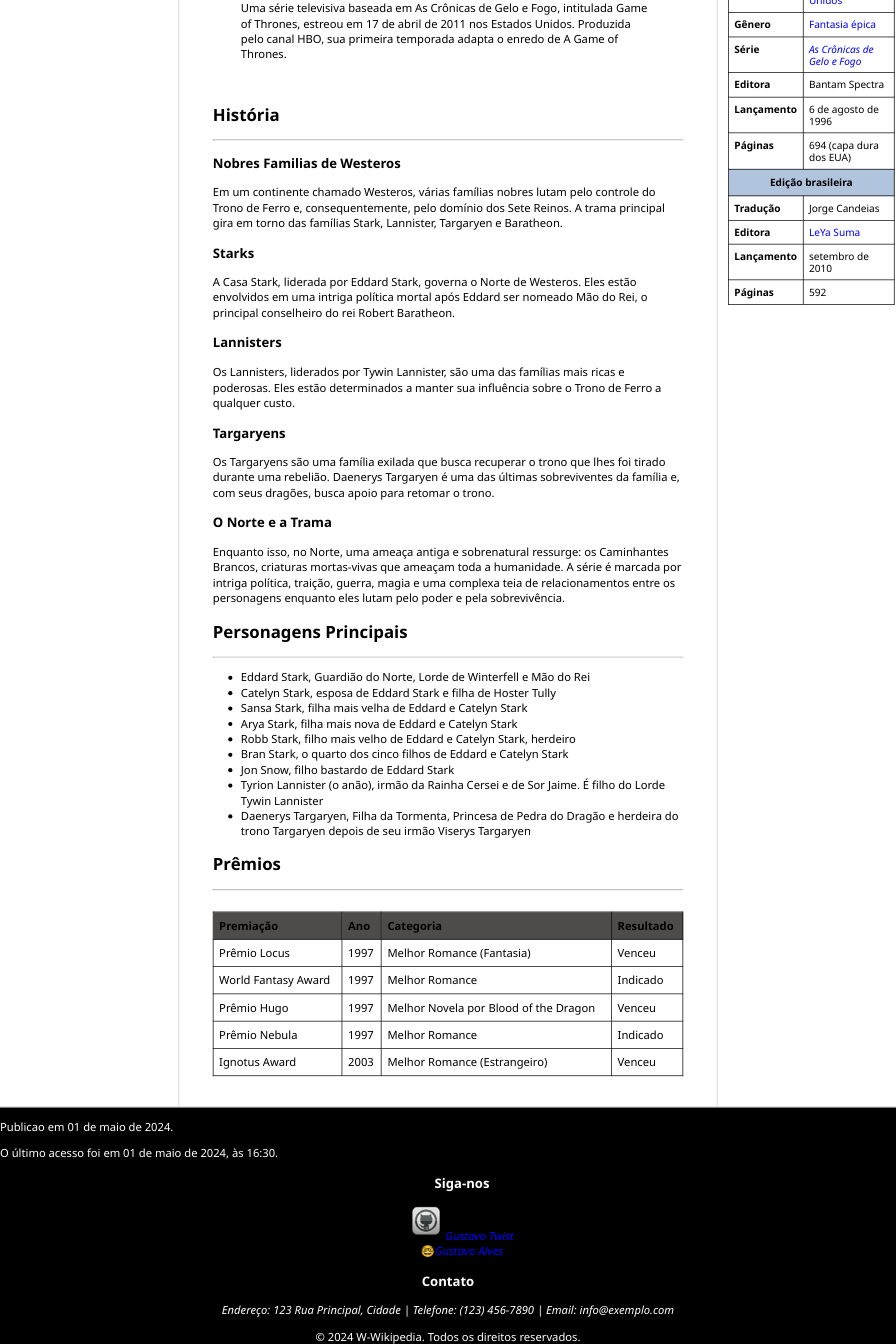
Repository: gustavotwist/projeto-w-wikipedia
Page: index.html
An editor plug-in stored every save of this project. The page is shown before and after the next save, followed by the edit.
The browser window is 1280 px wide. The pictures show the part of the page from y = 796 to 2716 px (the page is 2716 px tall before and 2691 px after), at 70% of full size.

Above is the page before, as saved 2024-05-01 17:28:55.

After the next save:
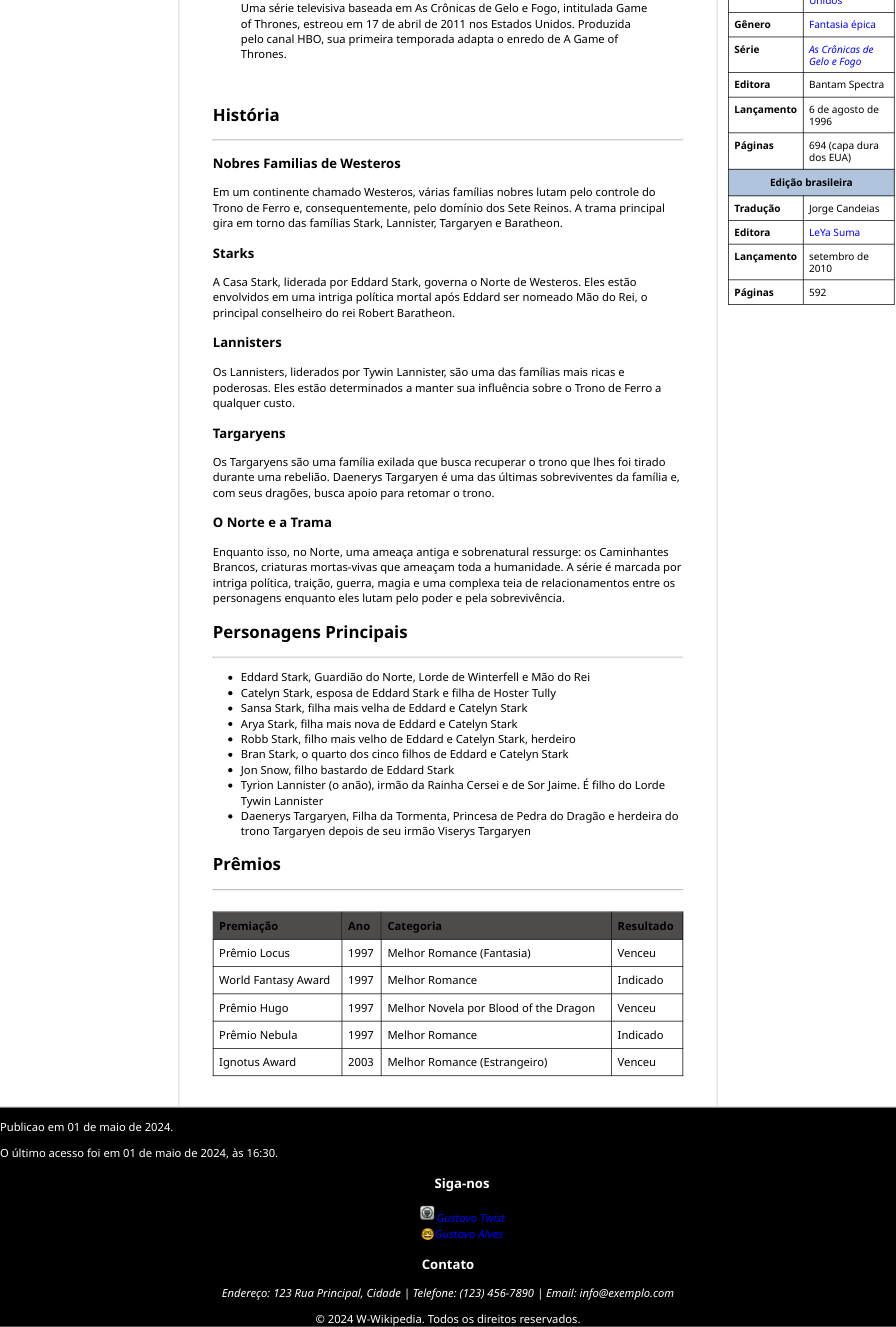
Saved 14 s later.
--- a/index.html
+++ b/index.html
@@ -263,7 +263,7 @@
         <p>O último acesso foi em <time datetime="2024-05-01T16:30:00">01 de maio de 2024, às 16:30</time>.</p>
         <ul>
             <h3>Siga-nos</h3>
-            <li><a href="https://github.com/gustavotwist" target="_blank" title="Visitar o perfil de Gustavo Twist no GitHub"><span><img src="imagens/github-154769.svg" width="50" alt=""></span><i>Gustavo Twist</i></a></li>
+            <li><a href="https://github.com/gustavotwist" target="_blank" title="Visitar o perfil de Gustavo Twist no GitHub"><span><img src="imagens/github-154769.svg" width="25" alt=""></span><i>Gustavo Twist</i></a></li>
             <li><a href="https://linkedin.com/in/gustavoalves7" target="_blank" title="Visitar o perfil de Gustavo Alves no Linkedin"><span>&#x1F913;</span><i>Gustavo Alves</i></a></li>
         </ul>
         <h3>Contato</h3>
